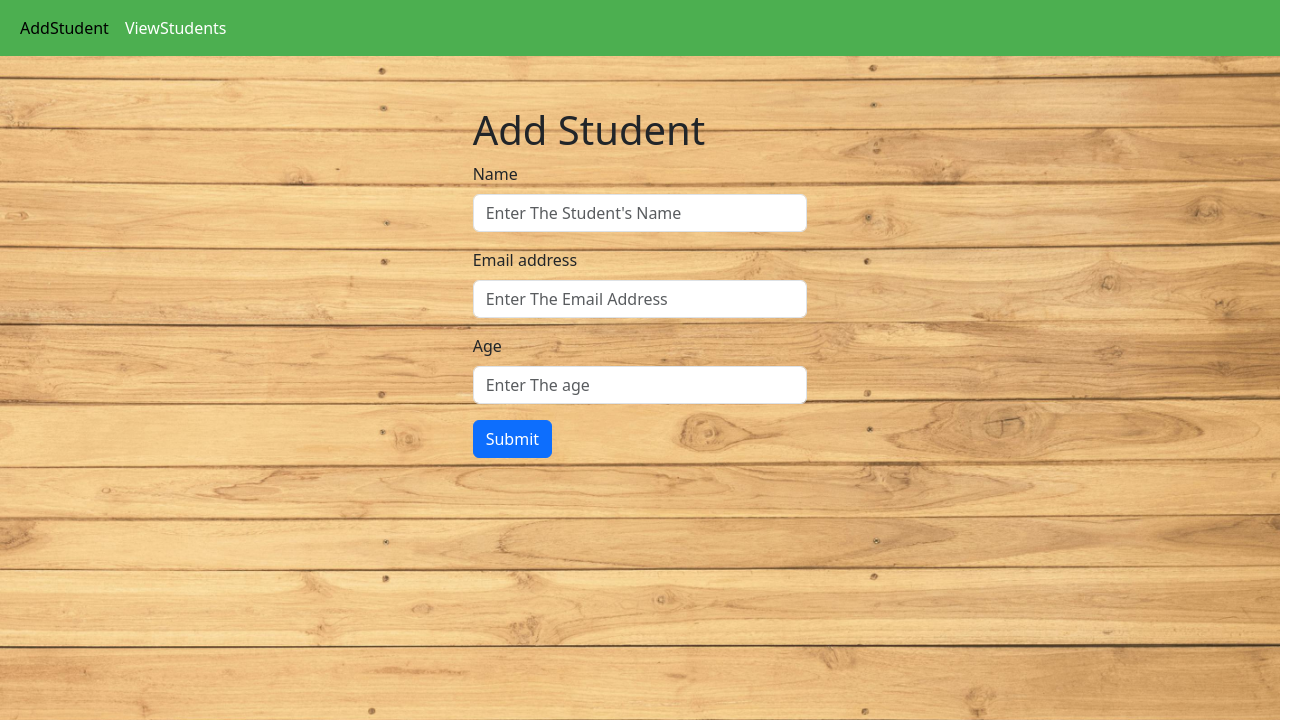
Repository: Manojs14/StudentManagementSystem
Page: http://localhost/Crud_form/
These files come from the project's save history. The page is drawn as it stood at one moment and after the next save; the edit follows.
The browser window is 1280 px wide. The page is 1292 px wide, so the pictures cover 1292 px, including what lies to the right of the window. The pictures show the whole page.
The page is served by Tomcat 9. Nobody is signed in. The application's start-up code is not run. Other server files are loaded and not shown.

Above is the page before, as saved 2024-07-11 09:08:23.

### Crud_form/src/main/webapp/index.jsp
<%@ page language="java" contentType="text/html; charset=UTF-8"
    pageEncoding="UTF-8"%>
<!DOCTYPE html>
<html>
<head>
<meta charset="UTF-8">
<title>The Student Form</title>
<style>
  body {
            background-image: url('image/pexels-fwstudio-33348-129731.jpg');
            background-size: cover;
            background-repeat: no-repeat;
            background-attachment: fixed;
        }

    .custom-navbar {
        background-color: #4CAF50;
    }
    .custom-navbar .nav-link {
        color: #fff;
    }
    .custom-navbar .nav-link.active {
        color: #d4d4d4;
    }
</style>



<link href="https://cdn.jsdelivr.net/npm/bootstrap@5.3.2/dist/css/bootstrap.min.css" rel="stylesheet" integrity="sha384-T3c6CoIi6uLrA9TneNEoa7RxnatzjcDSCmG1MXxSR1GAsXEV/Dwwykc2MPK8M2HN" crossorigin="anonymous">
</head>
<body>





<!-- nav bar to navigate from addpage to viewpage -->
	<nav class="navbar navbar-expand-lg custom-navbar">
		<div class="container-fluid">

			<div class="collapse navbar-collapse" id="navbarNav">
				<ul class="navbar-nav">
					<li class="nav-item"><a class="nav-link active"
						aria-current="page" href="index.jsp">AddStudent</a></li>
					<li class="nav-item"><a class="nav-link" href="ReadServlet">ViewStudents</a>
					</li>
				</ul>
			</div>
		</div>
	</nav>




<!-- Form which uses bootstrap rows and colm for form placement -->
 <div class="row">
    <div class="col-4">
    </div>
    <div class="col-4" style="padding:50px">
        <h1 style="">Add Student</h1>


        <!-- form is mapped to createservlet using @WebServlet -->
     <form action="CreateServlet" method="post">
  <div class="mb-3">
    <label for="username" class="form-label">Name </label>
    <input type="text" class="form-control" id="name1" name="name" aria-describedby="text" placeholder="Enter The Student's Name" required>
  </div>
   <div class="mb-3">
    <label for="exampleInputEmail1" class="form-label">Email address</label>
    <input type="email" class="form-control" name="email" required id="email" aria-describedby="emailHelp" placeholder="Enter The Email Address" required>
  </div>
  <div class="mb-3">
    <label for="number" class="form-label">Age</label>
    <input type="number" class="form-control" name="age" required id="age" placeholder="Enter The age" required>
  </div>
  <button type="submit" class="btn btn-primary">Submit</button>
</form>
</div>
</div>







 <script src="https://cdn.jsdelivr.net/npm/@popperjs/core@2.11.8/dist/umd/popper.min.js" integrity="sha384-I7E8VVD/ismYTF4hNIPjVp/Zjvgyol6VFvRkX/vR+Vc4jQkC+hVqc2pM8ODewa9r" crossorigin="anonymous"></script>
<script src="https://cdn.jsdelivr.net/npm/bootstrap@5.3.2/dist/js/bootstrap.min.js" integrity="sha384-BBtl+eGJRgqQAUMxJ7pMwbEyER4l1g+O15P+16Ep7Q9Q+zqX6gSbd85u4mG4QzX+" crossorigin="anonymous"></script>

</body>

After the next save:
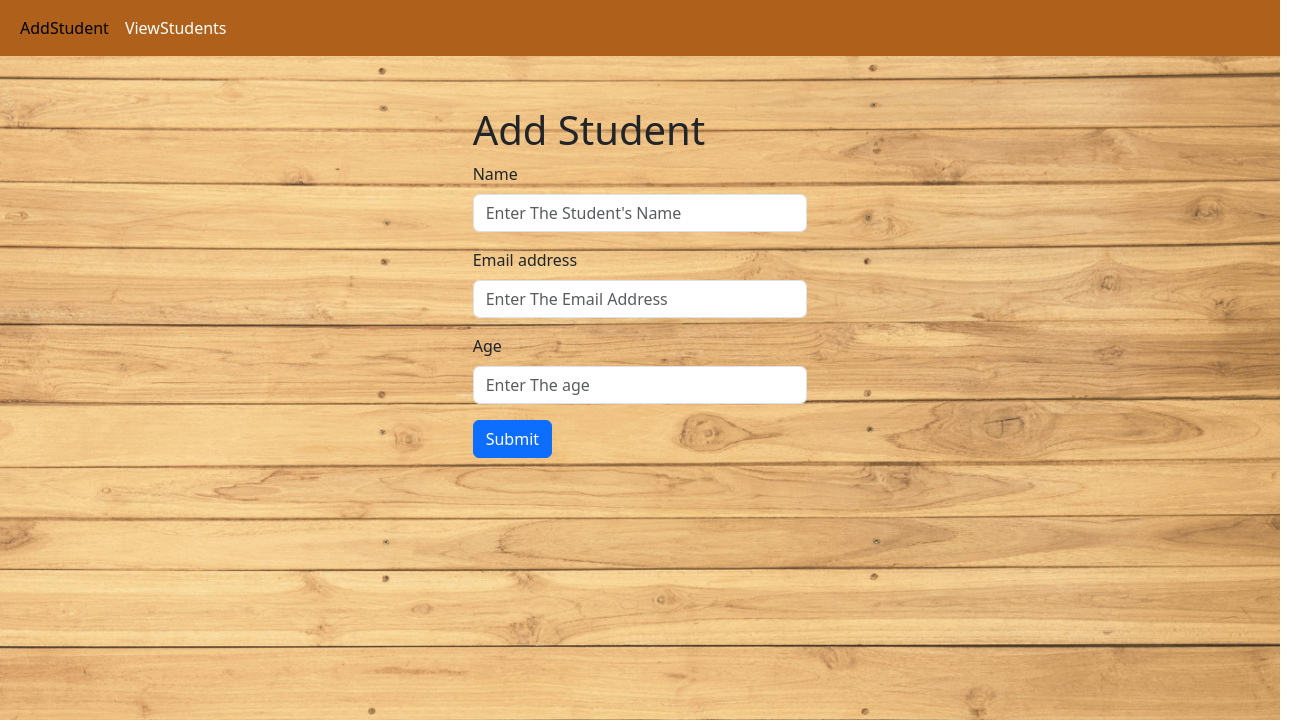
Saved 73 s later.
--- a/Crud_form/src/main/webapp/index.jsp
+++ b/Crud_form/src/main/webapp/index.jsp
@@ -14,7 +14,7 @@
         }
 
     .custom-navbar {
-        background-color: #4CAF50;
+        background-color: #AF601A ;
     }
     .custom-navbar .nav-link {
         color: #fff;
